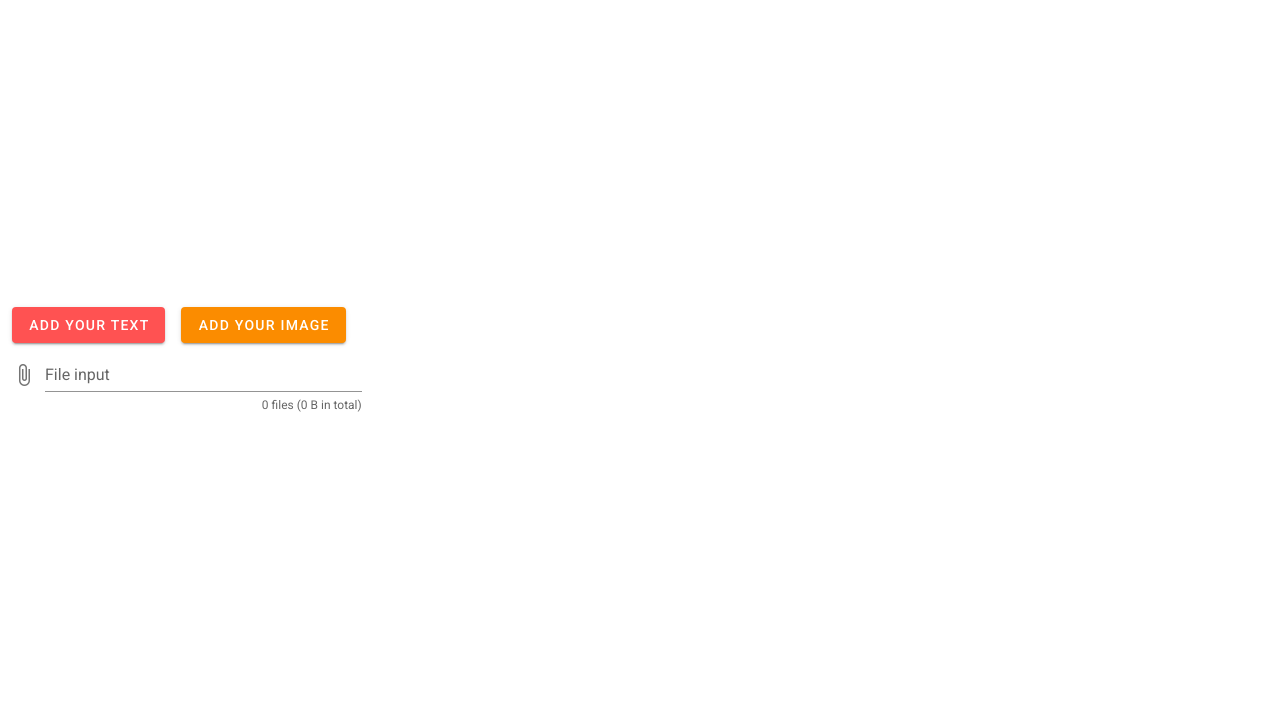
Repository: Hamagistral/BannerApp-Vue
Page: /#/dynamicPage
The author's editor kept a copy of each file at every save. The page is drawn from the files as they stood at one save, then again after the next save.
The browser window is 1280 px wide. The pictures show the whole page.
The project was rebuilt for these pictures with package versions that can differ from the ones it lists, and the page was loaded fresh each time. Also part of the build but not shown: vue.config.js, src/components/WidgetText.vue, src/components/WidgetImage.vue, src/components/Home.vue.

Above is the page before, as saved 2023-02-07 01:29:19.

After the next save:
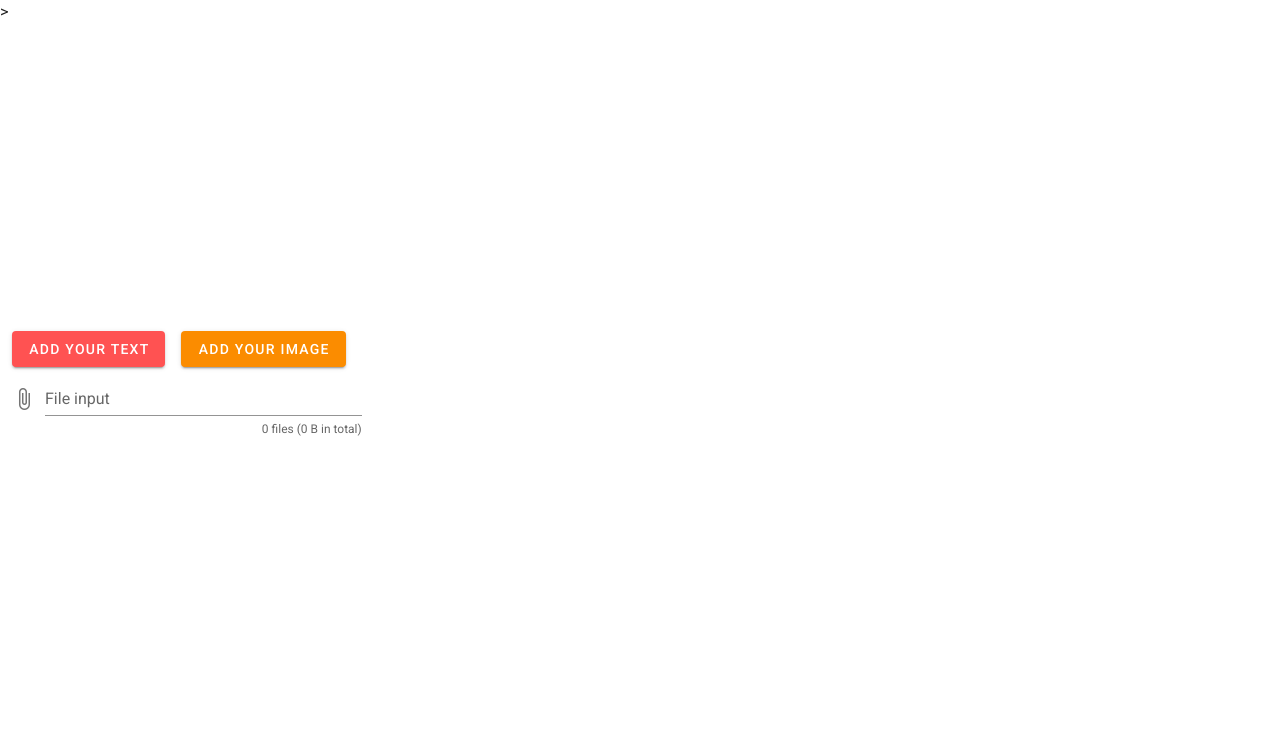
Saved 4 s later.
--- a/src/App.vue
+++ b/src/App.vue
@@ -1,6 +1,6 @@
 <template>
   <v-app>
-    <v-main>
+    <v-main  fluid>>
       <v-container fill-height fluid>
         <router-view align="center" justify="center" fluid>></router-view>
       </v-container>
